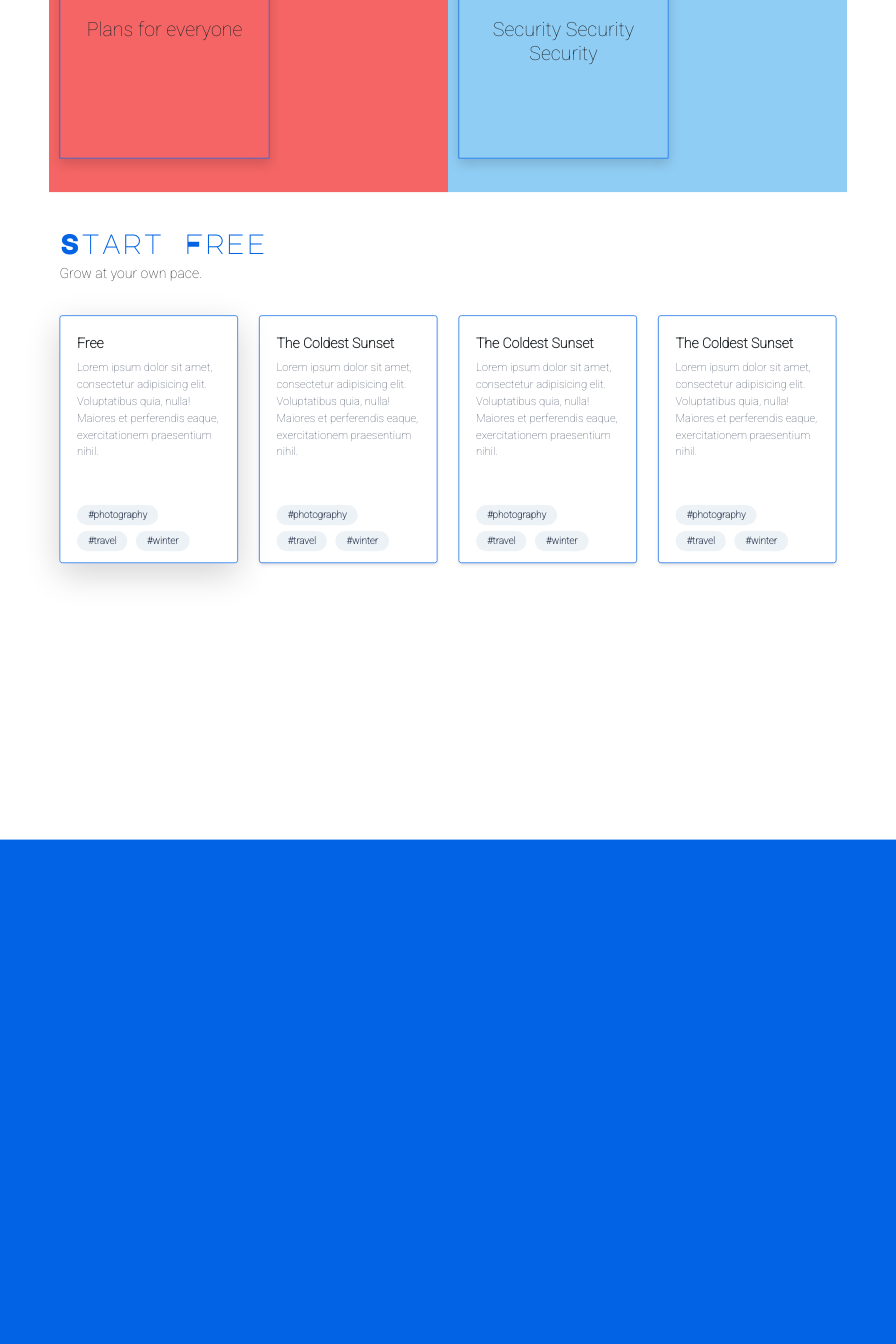
Repository: latenightsnacc/Static-Web-Projects
Page: Dunno Yet/index.html
The author's editor kept a copy of each file at every save. The page is drawn from the files as they stood at one save, then again after the next save.
The browser window is 1280 px wide. The pictures show the part of the page from y = 3698 to 5618 px (the page is 5618 px tall), at 70% of full size.
The style sheet was rebuilt from its Sass, Less or Tailwind sources for each picture, by a compiler version that may differ from the author's.

Above is the page before, as saved 2020-11-11 18:47:38.

After the next save:
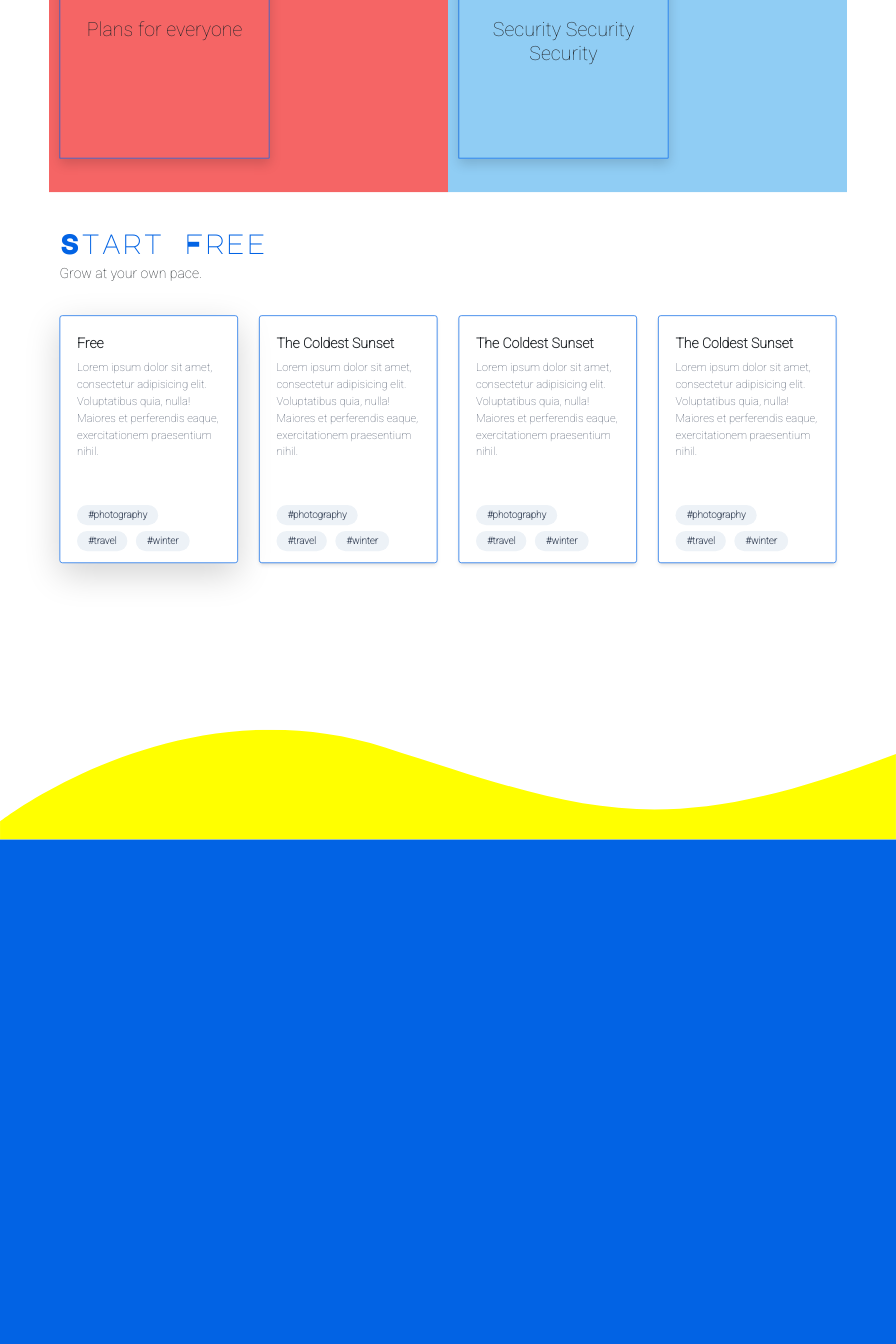
Saved 12 s later.
--- a/Dunno Yet/index.html
+++ b/Dunno Yet/index.html
@@ -280,7 +280,7 @@
     <svg id="curve" data-name=" Layer 1" xmlns="https://www.w3.org/2000/svg" viewBox= "0 0 1416.99 174.01">
         <defs>
             <style>
-                .cls-1{fill: #fff;}
+                .cls-1{fill: #ff0;}
             </style>
         </defs>
         <title>Wavy Background</title>
